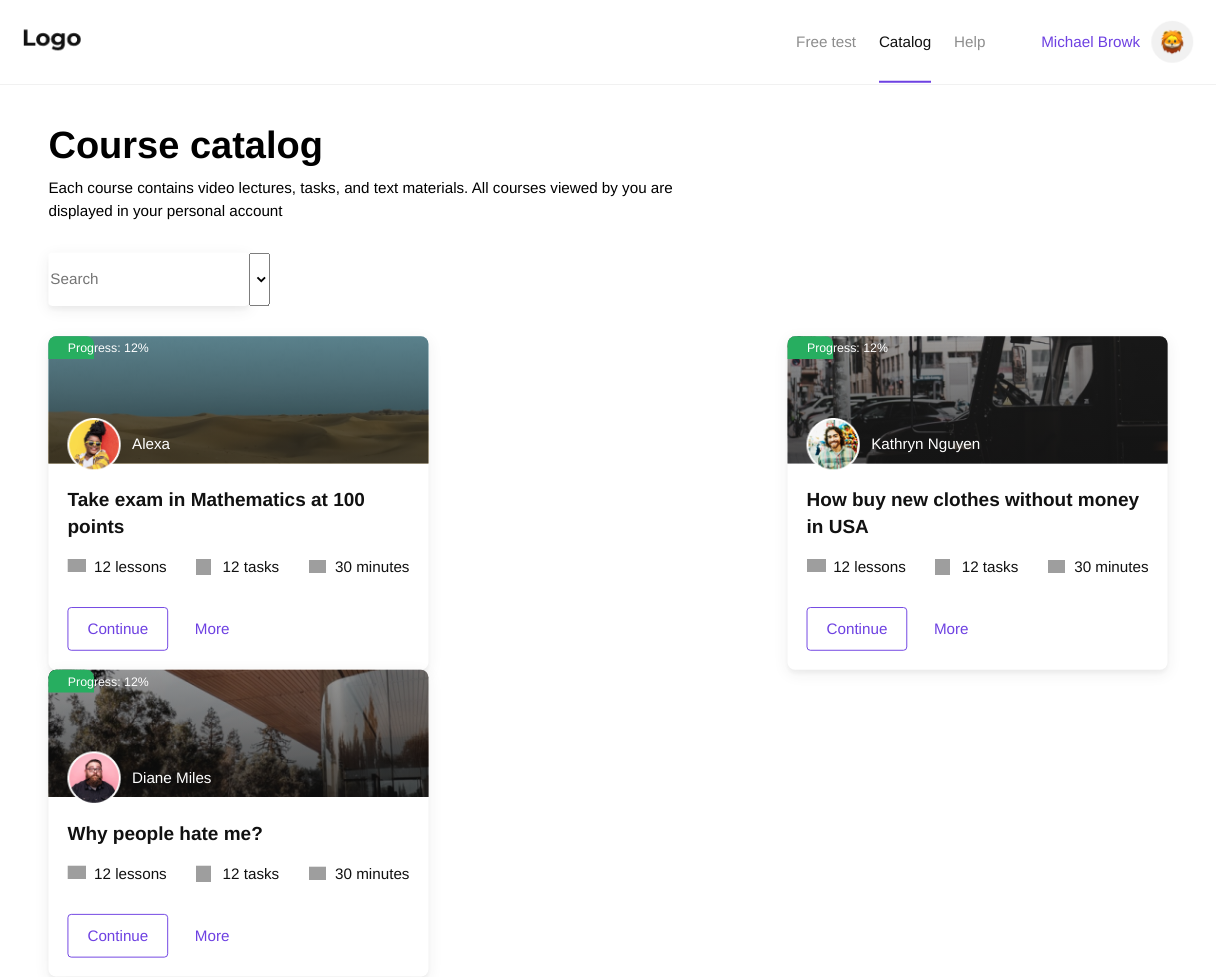
Repository: skydevil1604/vue-test-app
Page: /#/main-page
An editor plug-in stored every save of this project. The page is shown before and after the next save, followed by the edit.
The browser window is 1280 px wide. The pictures show the whole page, at 95% of full size.
Pictures or frames that could not be fetched are drawn as grey boxes. The project was rebuilt for these pictures with package versions that can differ from the ones it lists, and the page was loaded fresh each time. Also part of the build but not shown: src/components/Tabs.vue, src/components/Tab.vue, src/components/Login.vue, src/components/Registration.vue, src/components/AuthenticationForm.vue.

Above is the page before, as saved 2020-04-07 01:32:55.

### public/index.html
<!DOCTYPE html>
<html lang="en">
  <head>
    <meta charset="utf-8">
    <meta http-equiv="X-UA-Compatible" content="IE=edge">
    <meta name="viewport" content="width=device-width,initial-scale=1.0">
    <link rel="icon" href="<%= BASE_URL %>favicon.ico">
    <link rel="stylesheet" href="../src/assets/normalize.css">
    <title><%= htmlWebpackPlugin.options.title %></title>
  </head>
  <body style="margin:0 auto;">
    <noscript>
      <strong>We're sorry but <%= htmlWebpackPlugin.options.title %> doesn't work properly without JavaScript enabled. Please enable it to continue.</strong>
    </noscript>
    <div id="app"></div>
    <!-- built files will be auto injected -->
  </body>
</html>

### src/main.js
import Vue from 'vue'
import App from './App.vue'
import VueRouter from 'vue-router'
import router from './router';

Vue.config.productionTip = false;
Vue.use(VueRouter)

new Vue({
  render: h => h(App),
  router
}).$mount('#app');

### src/App.vue
<template>
  <div id="app">
    <router-view>
      <AuthenticationForm />
    </router-view>
  </div>
</template>

<script>
import AuthenticationForm from './components/AuthenticationForm';

export default {
  name: 'App',
  components: {
    AuthenticationForm
  }
}
</script>

<style>
#app {
  font-family: Avenir, Helvetica, Arial, sans-serif;
  -webkit-font-smoothing: antialiased;
  -moz-osx-font-smoothing: grayscale;
  text-align: center;
  display: flex;
  height: 100vh;
}

#app * {
  box-sizing: border-box;
}
</style>

### src/router/index.js
import Vue                        from 'vue';
import VueRouter                  from 'vue-router';
import MainPageComponent          from '@/components/MainPage';
import AuthenticationForm         from '@/components/AuthenticationForm';

Vue.use(VueRouter);

const router = new VueRouter({
    routes: [

      {
        path: '/main-page',
        name: 'mainPage',
        component: MainPageComponent,
      },
      {
        path: '/',
        name: 'authenticationForm',
        component: AuthenticationForm,
      },
    ]
  });

export default router;

### src/components/MainPage.vue
<template>
    <div class="main-page">
        <header class="header">
            <a class="logo" href="#">
                <img src="../assets/logo.png" alt="logo">
            </a>
            <nav class="navigation">
                <ul class="navigation__list">
                    <li class="navigation__item">
                        <a class="navigation__link" href="#">Free test</a>
                    </li>
                    <li class="navigation__item">
                        <a class="navigation__link navigation__link--active" href="#">Catalog</a>
                    </li>
                    <li class="navigation__item">
                        <a class="navigation__link" href="#">Help</a>
                    </li>
                </ul>
                <div class="navigation__profile">
                    <span class="navigation__user-name">Michael Browk</span>
                    <img class="navigation__user-photo" src="../assets/Lion.png" alt="">
                </div>
            </nav>
        </header>

        <section class="info">
            <h1 class="info__heading">Course catalog</h1>
            <p class="info__description">
                Each course contains video lectures, tasks, and text materials. All courses viewed by you are displayed in your personal account
            </p>
        </section>

        <section class="main-filter">
            <input class="search" type="search" name="search" id="search" placeholder="Search">
            <select name="select" id="select"></select>
        </section>

        <section class="main-content">
            <div class="post">
                <div class="post__header post__header--first-post">
                    <div class="post__progress-bar">
                        <div class="post__progress-bar-fill" style="width: 12%">
                            <span class="post__progress-count">Progress: 12%</span>
                        </div>
                    </div>
                    <div class="post__author-photo">
                        <img src="../assets/ava1.png" alt="">
                        <span class="post__author-name">Alexa</span>
                    </div>
                </div>
                <div class="post__title">Take exam in Mathematics at 100 points</div>
                <div class="post__info">
                    <span class="post__lessons">12 lessons</span>
                    <span class="post__tasks">12 tasks</span>
                    <span class="post__minutes">30 minutes</span>
                </div>
                <div class="post__button-wrapper">
                    <button class="post__button post__button--main">Continue</button>
                    <button class="post__button post__button--secondary">More</button>
                </div>
            </div>
            <div class="post">
                <div class="post__header post__header--second-post">
                    <div class="post__progress-bar">
                        <div class="post__progress-bar-fill" style="width: 12%">
                            <span class="post__progress-count">Progress: 12%</span>
                        </div>
                    </div>
                    <div class="post__author-photo">
                        <img src="../assets/ava2.png" alt="">
                        <span class="post__author-name">Kathryn Nguyen</span>
                    </div>
                </div>
                <div class="post__title">How buy new clothes without money in USA</div>
                <div class="post__info">
                    <span class="post__lessons">12 lessons</span>
                    <span class="post__tasks">12 tasks</span>
                    <span class="post__minutes">30 minutes</span>
                </div>
                <div class="post__button-wrapper">
                    <button class="post__button post__button--main">Continue</button>
                    <button class="post__button post__button--secondary">More</button>
                </div>
            </div>
            <div class="post">
                <div class="post__header post__header--third-post">
                    <div class="post__progress-bar">
                        <div class="post__progress-bar-fill" style="width: 12%">
                            <span class="post__progress-count">Progress: 12%</span>
                        </div>
                    </div>
                    <div class="post__author-photo">
                        <img src="../assets/ava3.png" alt="">
                        <span class="post__author-name">Diane Miles</span>
                    </div>
                </div>
                <div class="post__title">Why people hate me?</div>
                <div class="post__info">
                    <span class="post__lessons">12 lessons</span>
                    <span class="post__tasks">12 tasks</span>
                    <span class="post__minutes">30 minutes</span>
                </div>
                <div class="post__button-wrapper">
                    <button class="post__button post__button--main">Continue</button>
                    <button class="post__button post__button--secondary">More</button>
                </div>
            </div>
        </section>
    </div>
</template>

<script>

export default {
    name: 'MainPageComponent',
}
</script>

<style lang="scss">
    .main-page {
        max-width: 1366px;
        width: 100%;
        margin: 0 auto;
    }

    .header {
        padding-top: 22px;
        padding-bottom: 22px;
        padding-left: 24px;
        padding-right: 24px;
        display: flex;
        justify-content: space-between;
        align-items: center;
        box-shadow: 0px 1px 0px rgba(17, 17, 17, 0.1);
    }

    .navigation {
        display: flex;
        align-items: center;
        width: 418px;
        justify-content: space-between;

            &__list {
                list-style: none;
                display: flex;
                padding: 0;
                margin: 0;

                  &:last-child {
                    margin-right: 0;
                }
            }

            &__item {
                margin-right: 24px;
                font-size: 16px;
                color: rgba(17, 17, 17, 0.48);

                    &:hover {
                        color: #111111;
                    }
            }

            &__link {
                text-decoration: none;
                font-style: normal;
                font-weight: normal;
                font-size: inherit;
                color: inherit;
                line-height: 24px;
                padding-bottom: 35px;
                    &--active {
                        border-top-width: 6px;
                        color: #111111;
                        box-shadow: inset 0px -2px 0px #6E41E2;
                    }
            }

            &__profile {
                display: flex;
                align-items: center;
                justify-content: space-between;
            }

            &__user-name {
                font-style: normal;
                font-weight: normal;
                font-size: 16px;
                line-height: 24px;
                color: #6E41E2;
                margin-right: 12px;
            }
    }

    .info {
        text-align: left;
        padding-top: 40px;
        padding-left: 51px;
        padding-bottom: 32px;
        max-width: 724px;

            &__heading {
                font-style: normal;
                font-weight: bold;
                font-size: 40px;
                line-height: 48px;
                margin:0;
                margin-bottom: 10px;
            }

            &__description {
                font-style: normal;
                font-weight: normal;
                font-size: 16px;
                line-height: 24px;
                margin:0;
            }
    }

    .main-filter {
        height: 56px;
        display: flex;
        padding-left: 51px;
        padding-right: 51px;
    }

    .search {
        background: #FFFFFF;
        box-shadow: 0px 4px 16px rgba(51, 51, 51, 0.08), 0px 4px 4px rgba(51, 51, 51, 0.04);
        border-radius: 4px;
        border: none;
        outline: none;
    }

    .main-content {
        padding-left: 51px;
        padding-right: 51px;
        display: flex;
        justify-content: space-between;
        padding-top: 32px;
        flex-wrap: wrap;
        margin-bottom: 77px;
    }

    .post {
        width: 400px;
        border-radius: 8px;
        position: relative;
        box-shadow: 0px 4px 16px rgba(51, 51, 51, 0.08), 0px 4px 4px rgba(51, 51, 51, 0.04);
        transition: all 0.6s ease;
            &:hover {
                transform: scale(1.05);
            }

            &__header {
                height: 134px;
                border-top-right-radius: 8px;
                border-top-left-radius: 8px;
                position: relative;
                margin-bottom: 24px;
                    &--first-post {
                        background-image: url('../assets/first-post-image.jpg');
                    }
                    &--second-post {
                        background-image: url('../assets/second-post-image.jpg');
                    }
                    &--third-post {
                        background-image: url('../assets/third-post-image.jpg');
                    }

                    &::before {
                        content: '';
                        position: absolute;
                        top: 0;
                        left: 0;
                        right: 0;
                        bottom: 0;
                        background: linear-gradient(180deg, rgba(17, 17, 17, 0.4) 0%, rgba(17, 17, 17, 0.72) 93.75%);
                        z-index: 1;
                        border-top-right-radius: 8px;
                        border-top-left-radius: 8px;
                    }
            }

            &__progress-bar {
                width: 100%;
                background-color: transparent;
                border-top-right-radius: 8px;
                border-top-left-radius: 8px;
                position: absolute;
                top: 0;
                left: 0;
                z-index: 2;
            }

            &__progress-bar-fill {
                display: block;
                height: 24px;
                background-color: #27AE60;
                border-top-right-radius: 8px;
                border-top-left-radius: 8px;
                padding-top: 3px;
            }

            &__progress-count {
                font-style: normal;
                font-weight: normal;
                font-size: 13px;
                line-height: 20px;
                color:#ffffff;
                margin-left: 20px;
                width: 86px;
                display: block;
            }

            &__author-photo {
                position: absolute;
                left: 20px;
                bottom: -8px;
                width: 183px;
                height: 56px;
                z-index: 2;
                display: flex;
                align-items: center;
            }

            &__author-name {
                font-style: normal;
                font-weight: normal;
                font-size: 16px;
                line-height: 24px;
                color:#ffffff;
                margin-left: 12px;
            }

            &__title {
                font-size: 20px;
                line-height: 28px;
                color: #111111;
                padding-left: 20px;
                padding-right: 20px;
                font-weight: bold;
                text-align: left;
                margin-bottom: 17px;
            }

            &__info {
                display: flex;
                justify-content: space-between;
                margin-bottom: 32px;
                font-style: normal;
                font-weight: normal;
                font-size: 16px;
                line-height: 24px;
                color: #111111;
                padding-left: 20px;
                padding-right: 20px;
                margin-bottom: 96px;
            }

            &__lessons {
                padding-left: 28px;
                position: relative;
                    &::before {
                        content: '';
                        top: 3px;
                        left: 0;
                        width: 20px;
                        height: 14px;
                        position: absolute;
                        background-image: url('../assets/lessons-logo.svg');
                    }
            }

            &__tasks {
                padding-left: 28px;
                position: relative;
                    &::before {
                        content: '';
                        top: 3px;
                        left: 0;
                        width: 16px;
                        height: 17px;
                        position: absolute;
                        background-image: url('../assets/tasks-logo.svg');
                    }
            }

            &__minutes {
                padding-left: 28px;
                position: relative;
                    &::before {
                        content: '';
                        top: 4px;
                        left: 0;
                        width: 18px;
                        height: 14px;
                        position: absolute;
                        background-image: url('../assets/minutes-logo.svg');
                    }
            }
            &__button-wrapper {
                display: flex;
                justify-content: flex-start;
                position: absolute;
                bottom: 20px;
            }

            &__button {
                color: #6E41E2;
                padding: 10px 20px 10px 20px;
                font-style: normal;
                font-weight: normal;
                font-size: 16px;
                line-height: 24px;
                border-radius: 4px;
                background-color: #ffffff;
                outline: none;
                border: none;
                    &--main {
                        border: 1px solid #6E41E2;
                        margin-right: 8px;
                        margin-left: 20px;
                        &:hover {
                            background-color: #6E41E2;
                            color: #ffffff;
                        }
                    }
            }
    }


</style>

Loaded but not shown: src/assets/normalize.css (library)

After the next save:
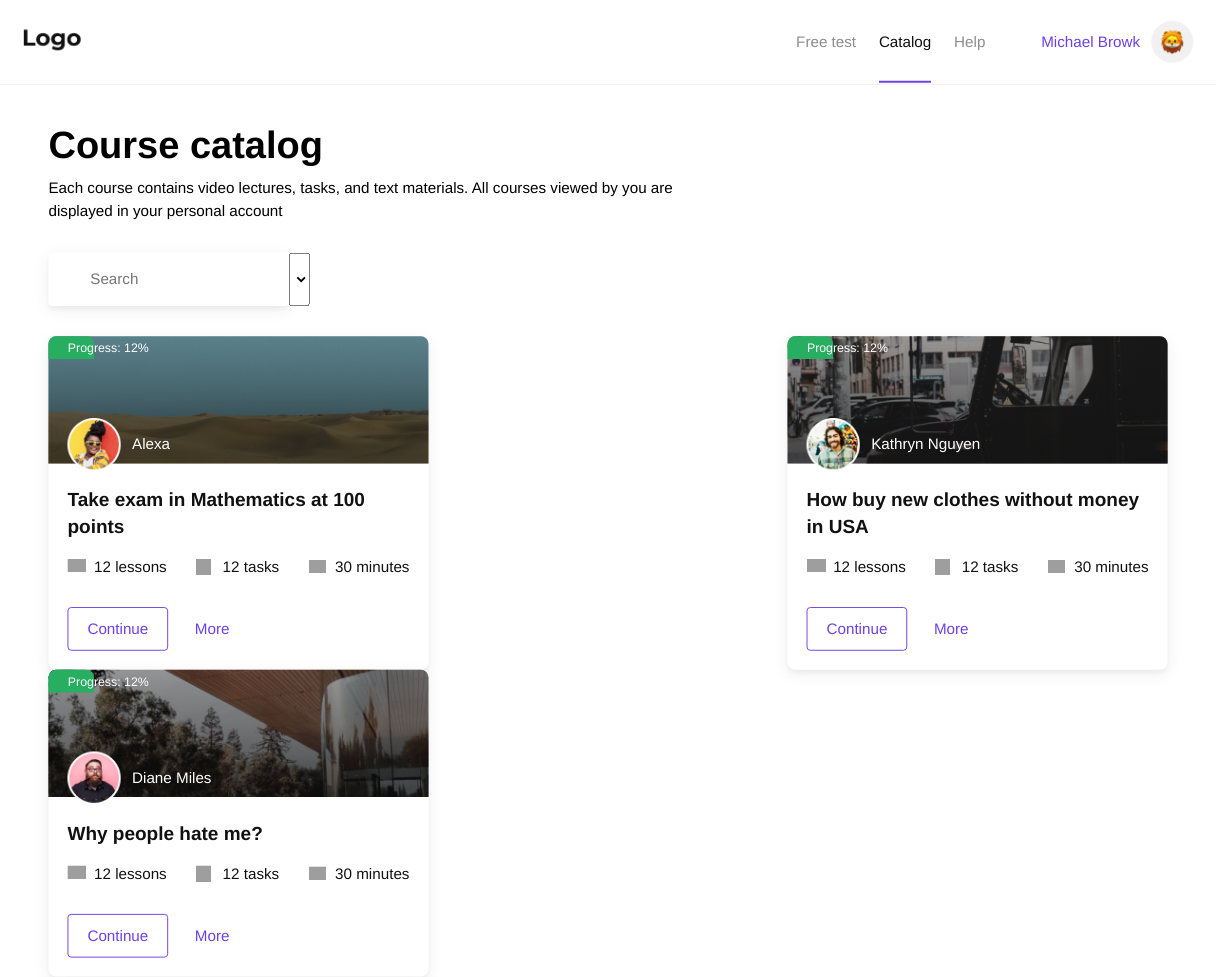
Saved 72 s later.
--- a/src/components/MainPage.vue
+++ b/src/components/MainPage.vue
@@ -230,6 +230,7 @@ export default {
         border-radius: 4px;
         border: none;
         outline: none;
+        padding-left: 44px;
     }
 
     .main-content {
